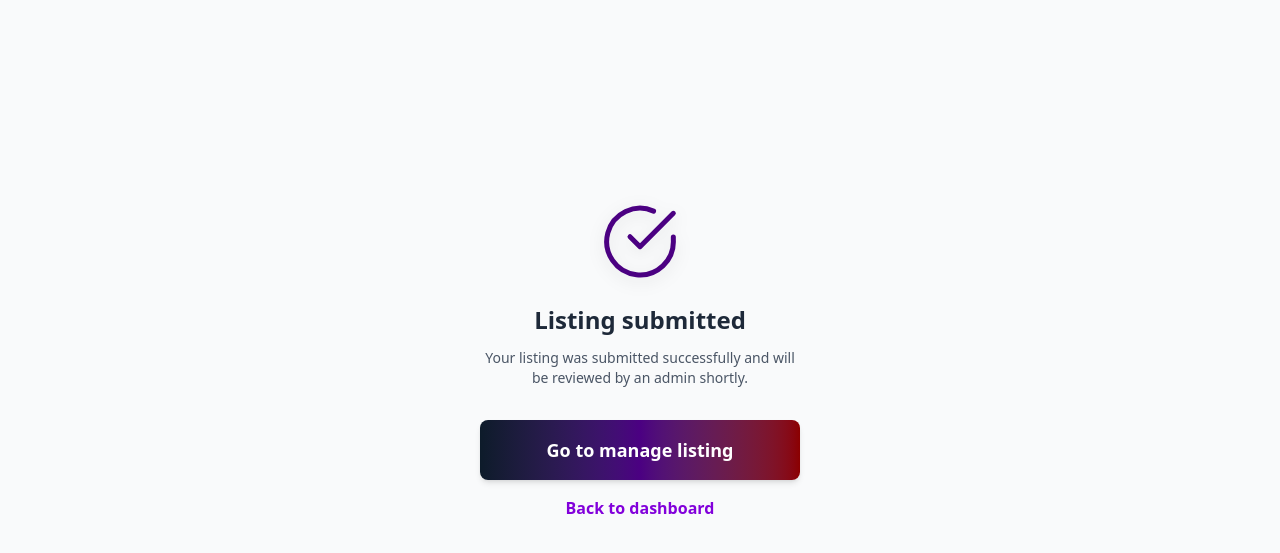
Repository: Em-driod/spotify-clone
Page: /third
The author's editor kept a copy of each file at every save. The page is drawn from the files as they stood at one save, then again after the next save.
The browser window is 1280 px wide. The pictures show the whole page.
The project was rebuilt for these pictures with package versions that can differ from the ones it lists, and the page was loaded fresh each time. Also part of the build but not shown: vite.config.ts, src/pages/veryify.tsx, src/pages/LandingPage.tsx, src/pages/Back.tsx, src/pages/Change.tsx, src/pages/onboard.tsx, src/pages/Skips.tsx, src/pages/Otp.tsx and 12 more.

Above is the page before, as saved 2025-07-09 18:59:51.

After the next save:
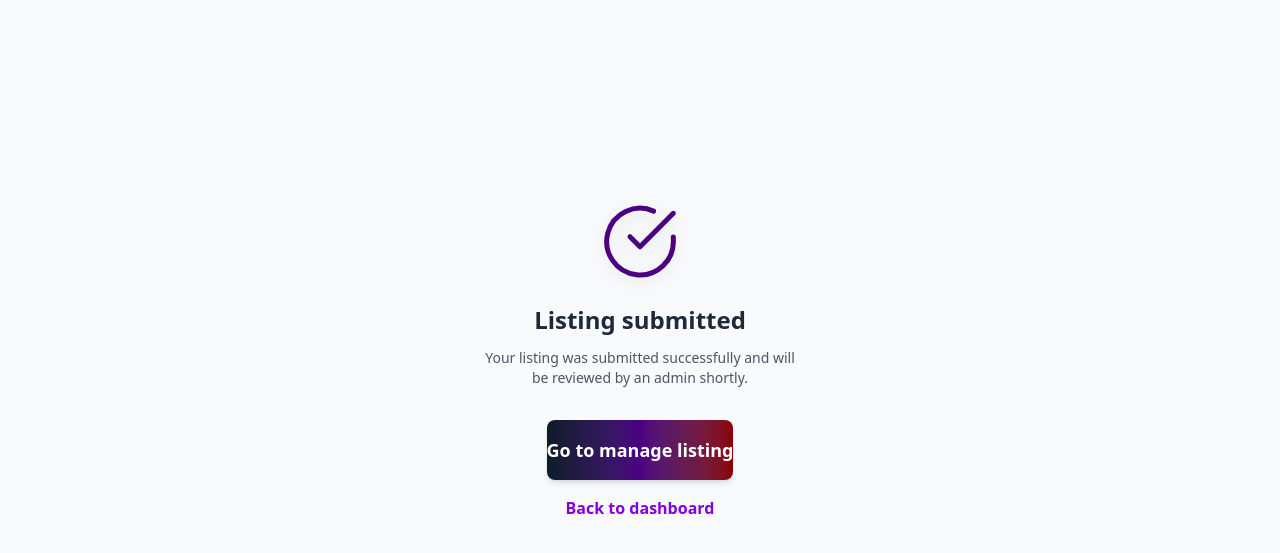
Saved 56 s later.
--- a/src/pages/Third.tsx
+++ b/src/pages/Third.tsx
@@ -34,12 +34,14 @@ const Third = () => {
         </p>
 
         {/* Go to manage listing Button */}
+        <Link to='/first'>
         <button
           className="w-full max-w-sm py-4 rounded-lg text-lg font-bold text-white shadow-md transition-all duration-300 mb-4
-                     bg-gradient-to-r from-[#0d1b2a] via-[#4b0082] to-[#8b0000] hover:from-purple-900 hover:to-purple-600"
-        >
+          bg-gradient-to-r from-[#0d1b2a] via-[#4b0082] to-[#8b0000] hover:from-purple-900 hover:to-purple-600"
+          >
           Go to manage listing
         </button>
+          </Link>
 
         {/* Back to dashboard Link */}
         <Link to='/First'>
